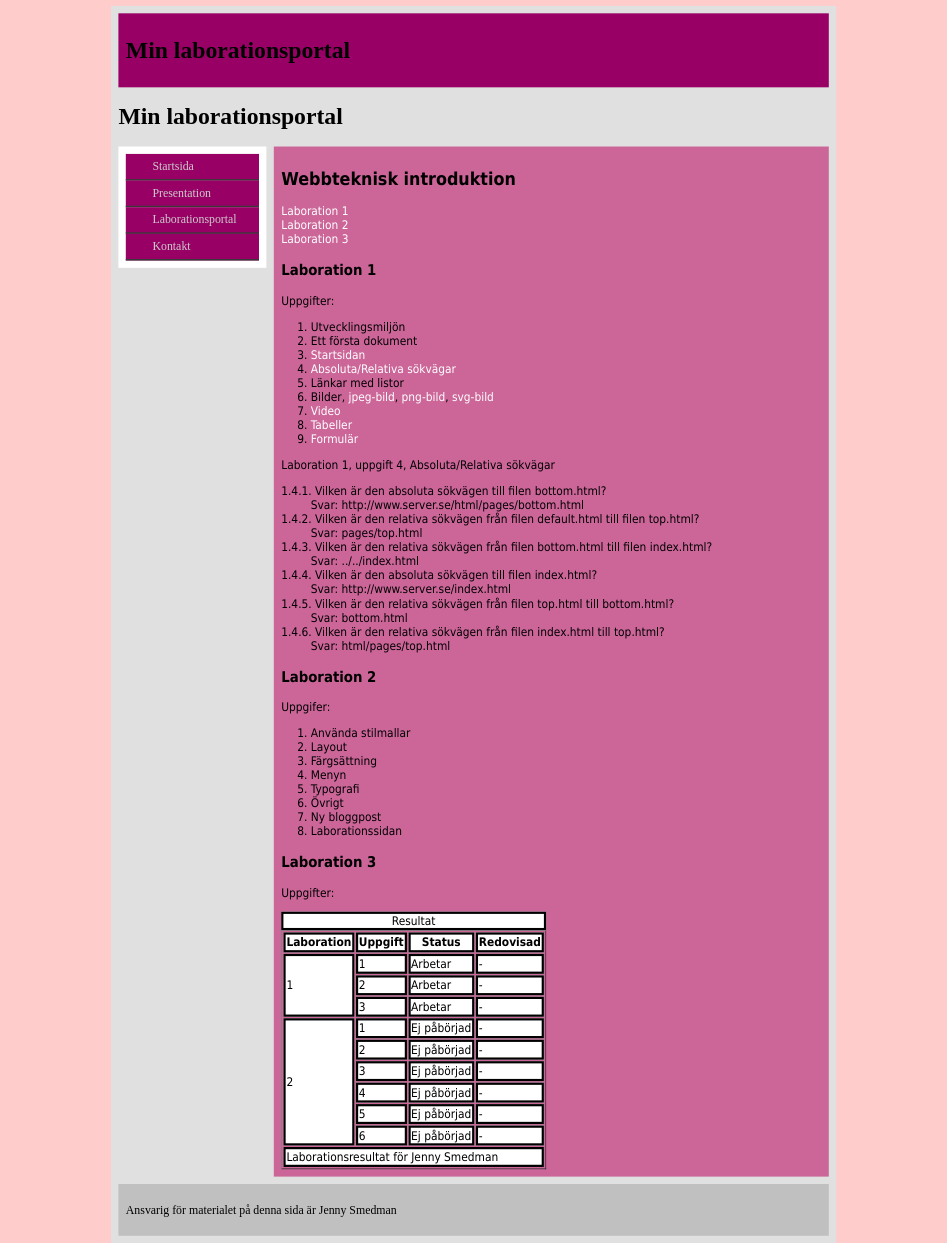
Repository: js223mx/1ik415-js223mx-laborationer
Page: pages/laborationer.html
The author's editor kept a record of every edit. The page is drawn from the files as they stood at one moment, then again after the next edit.
The browser window is 1280 px wide. The pictures show the whole page, at 74% of full size.

Above is the page before.

After the next edit:
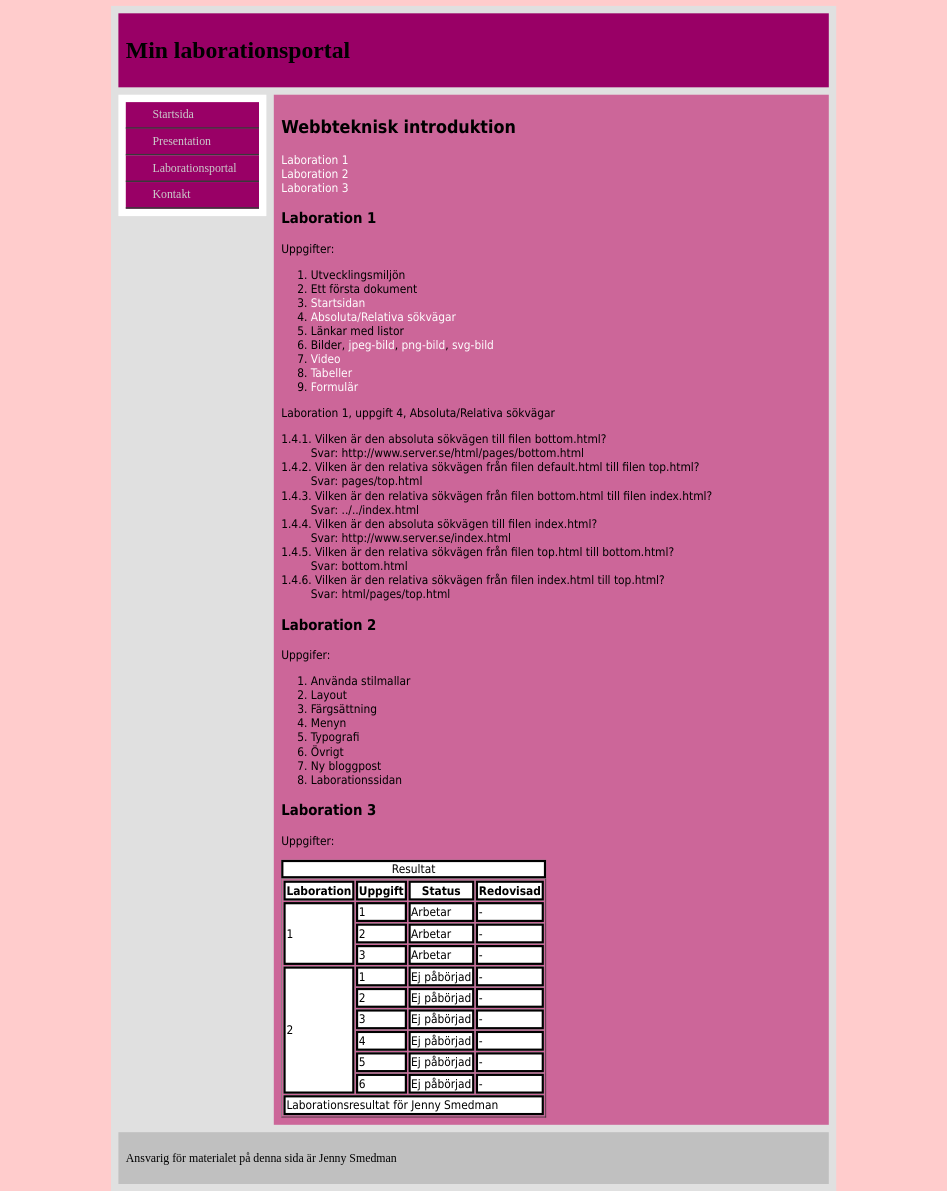
The edit:
--- a/pages/laborationer.html
+++ b/pages/laborationer.html
@@ -14,7 +14,7 @@
          </div>
 
 
-            <h1>Min laborationsportal</h1>
+
             <div id="navigation">
                 <ul>
                 <li><a href="../index.html">Startsida</a></li>
